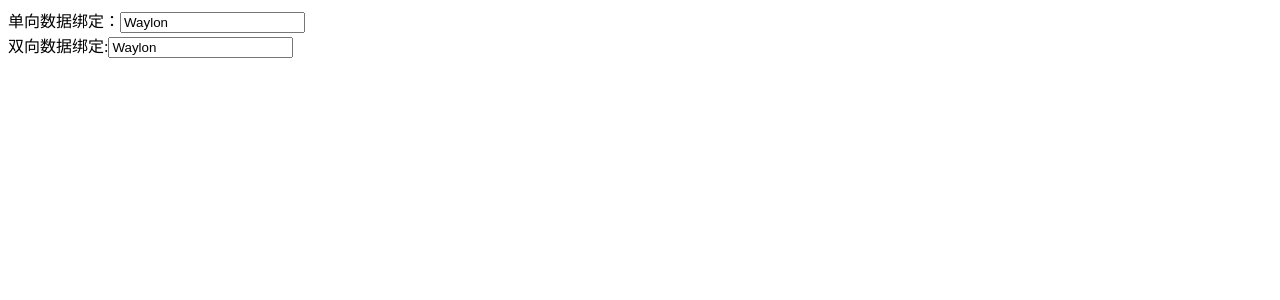
Repository: WAY-C/JSCodes
Page: Vue/03数据绑定/数据绑定.html
The author's editor kept a copy of each file at every save. The page is drawn from the files as they stood at one save, then again after the next save.
The browser window is 1280 px wide. The pictures show the whole page.

Above is the page before, as saved 2021-08-26 09:47:07.

After the next save:
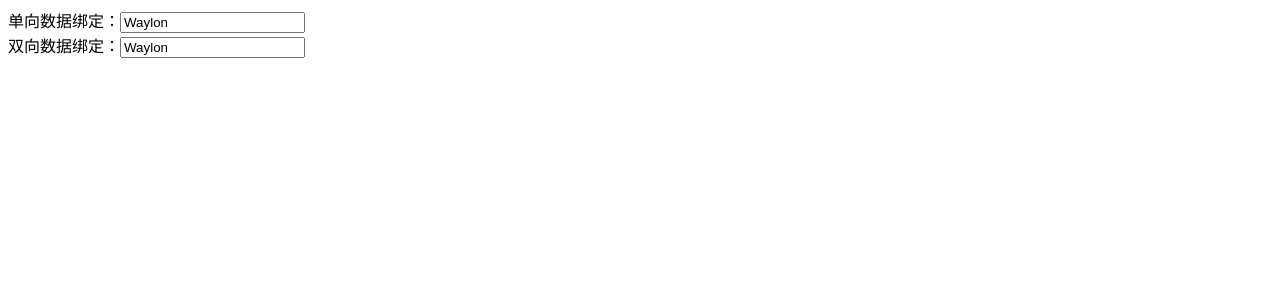
Saved 16 s later.
--- a/Vue/03数据绑定/数据绑定.html
+++ b/Vue/03数据绑定/数据绑定.html
@@ -12,7 +12,7 @@
 <body>
     <!-- 准备好一个容器 -->
     <div id="root">
-        单向数据绑定：<input type="text" :value="name"><br/>双向数据绑定:<input type="text" v-model:value="name">
+        单向数据绑定：<input type="text" :value="name"><br/>双向数据绑定：<input type="text" v-model:value="name">
     </div>
     <script type="text/javascript">
         Vue.config.productionTip = false; //阻止Vue在启动时产生生产提示
